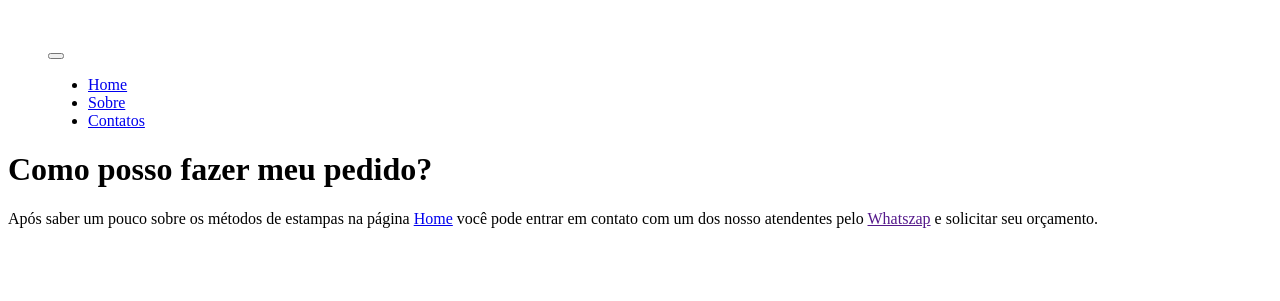
Repository: Leonngc/way-factory
Page: order.html
These files come from the project's save history. The page is drawn as it stood at one moment and after the next save; the edit follows.
The browser window is 1280 px wide. The pictures show the whole page.
Some icons come from a web library that is not loaded, so they are not drawn.

Above is the page before, as saved 2023-02-10 11:10:28.

### order.html
<!DOCTYPE html>
<html lang="pt-br">
<head>
    <meta charset="UTF-8">
    <meta http-equiv="X-UA-Compatible" content="IE=edge">
    <meta name="viewport" content="width=device-width, initial-scale=1.0">
    <script src="scripts/menu.js" defer></script>
    <link
      rel="stylesheet"
      href="https://cdn-uicons.flaticon.com/uicons-bold-rounded/css/uicons-bold-rounded.css"
    />
    <link rel="stylesheet" href="styles/order.css">
    <title>Como fazer seu pedido</title>
</head>
<body>
    <header>
        <img src="" alt="" id="logo" />
      <menu>
        <button id="menu-burguer"><i class="fi fi-br-menu-burger" ></i></button>
        <ul id="links-menu">

          <li><a href="index.html" target="_parent">Home</a></li>
          <li><a href="about.html" target="_parent">Sobre</a></li>
          <li><a href="contacts.html" target="_parent">Contatos</a></li>
        </ul>
      </menu>
    </header>

    <main>
        <h1>Como posso fazer meu pedido?</h1>
        <div>
            <p>Após saber um pouco sobre os métodos de estampas na página <a href="index.html">Home</a>
            você pode entrar em contato  com um dos nosso atendentes pelo <a href="">Whatszap</a> e solicitar seu orçamento.
            </p>
        </div>
        <div>

        </div>
    </main>
</body>
</html>

### scripts/menu.js
//  CONFIGURATIONS OF MENU

let menu = document.getElementById('menu-burguer');
const linkMenu = document.getElementById('links-menu');

menu.addEventListener('click', event =>{
    if(linkMenu.style.display == 'none'){
    linkMenu.style.display = 'block'} else{
        linkMenu.style.display = 'none'
    }
})

Loaded but not shown: styles/order.css (no stored copy; drawn as an empty file)

After the next save:
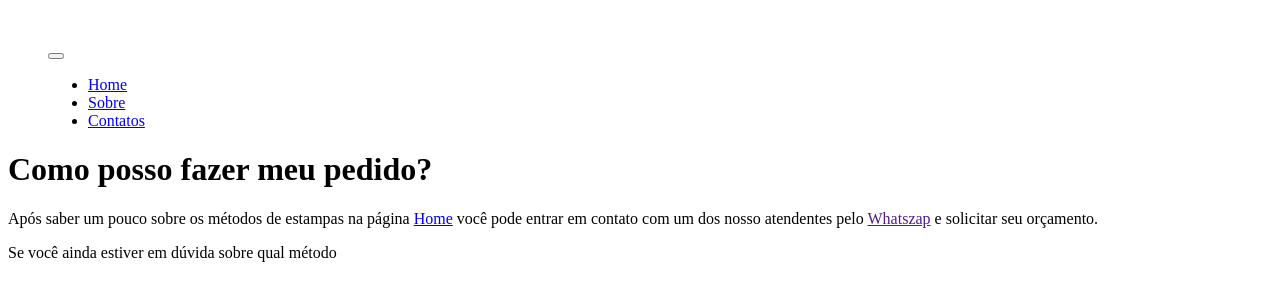
Saved 20 s later.
--- a/order.html
+++ b/order.html
@@ -34,7 +34,7 @@
             </p>
         </div>
         <div>
-
+            <p>Se você ainda estiver em dúvida sobre qual método </p>
         </div>
     </main>
 </body>
